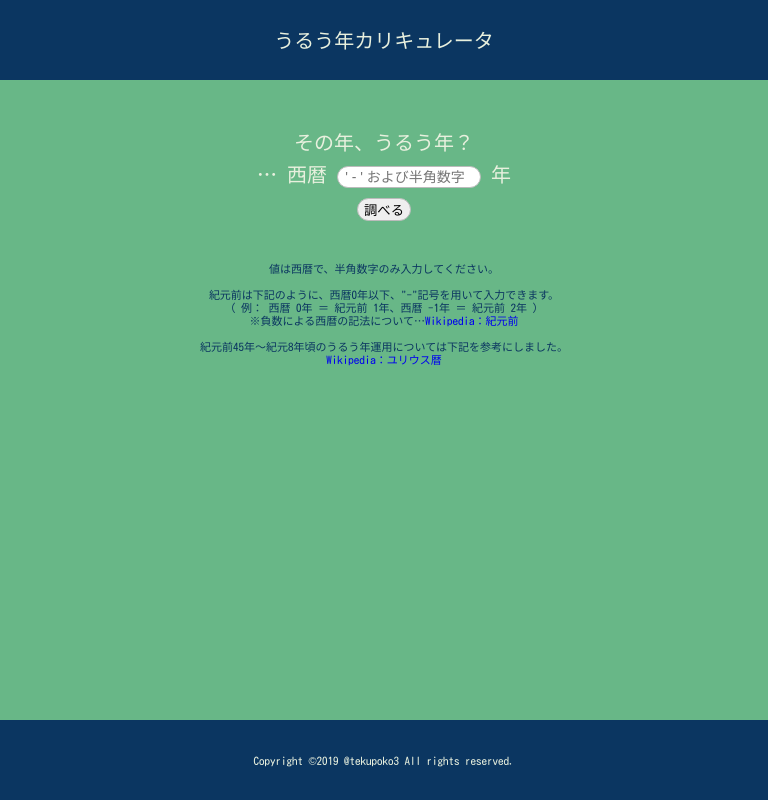
Repository: tekupoko3/leap_year_calculator
Page: leapyearcalc/judgeleapyear/templates/judgeleapyear/index.html
The author's editor kept a record of every edit. The page is drawn from the files as they stood at one moment, then again after the next edit.
The browser window is 768 px wide. The pictures show the whole page.
The template is drawn by Django 3.2. The application's start-up code is not run. The template is opened directly, without the code that normally fills it, so the values that code supplies are empty.

Above is the page before.

After the next edit:
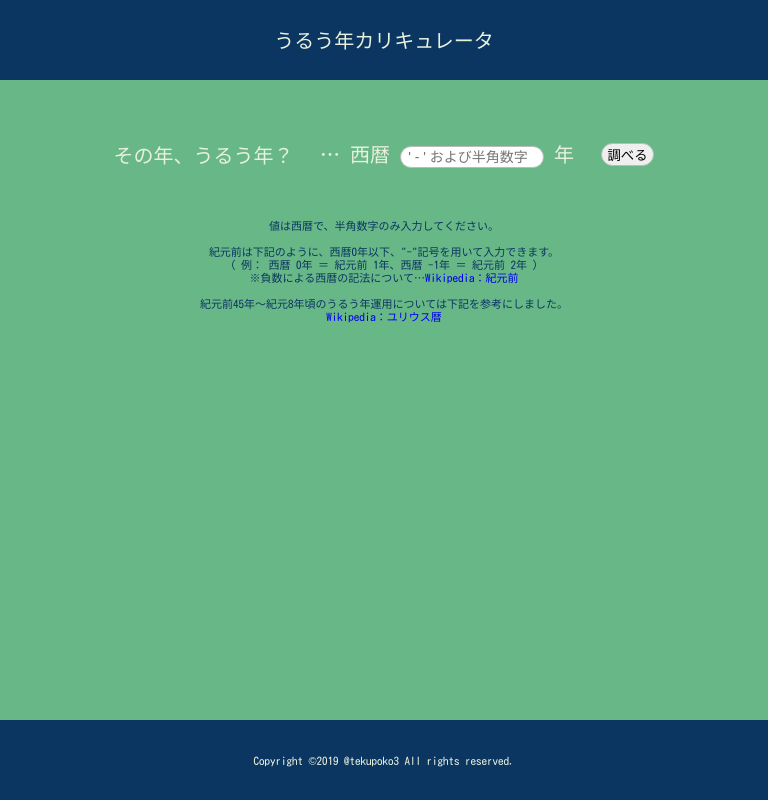
The edit:
--- a/leapyearcalc/judgeleapyear/static/judgeleapyear/index.css
+++ b/leapyearcalc/judgeleapyear/static/judgeleapyear/index.css
@@ -181,7 +181,7 @@
     padding-top: 2px;
   }
 
-  main .mainwrapper .yearform > form > .inputblock{
+  .inputblock{
     display: block;
     margin: 10px;
   }
